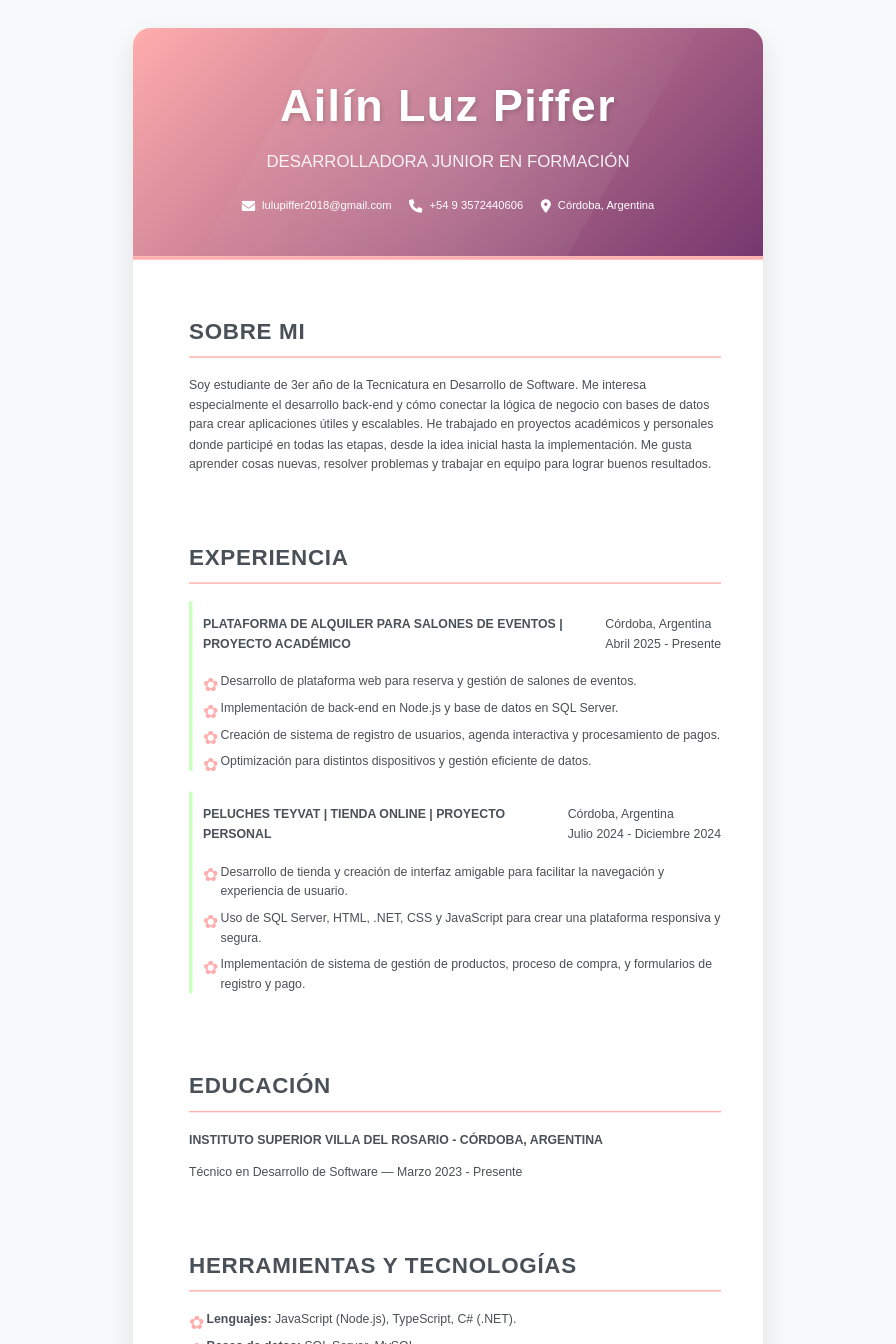
Repository: luzpiffer/curriculum-piffer
Page: index.html
The author's editor kept a copy of each file at every save. The page is drawn from the files as they stood at one save, then again after the next save.
The browser window is 1280 px wide. The pictures show the part of the page from y = 0 to 1920 px (the page is 2709 px tall), at 70% of full size.

Above is the page before, as saved 2025-09-01 19:16:36.

After the next save:
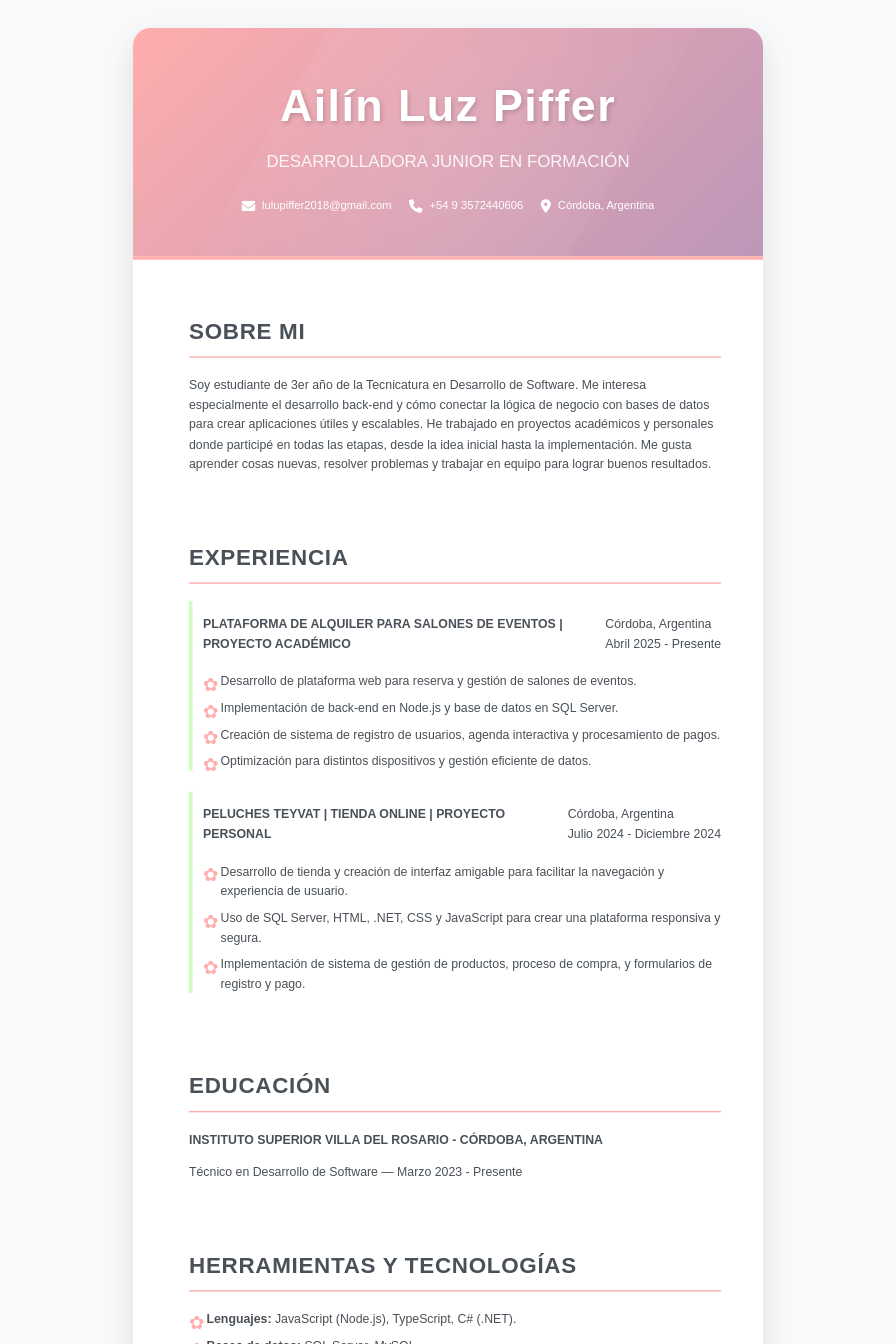
Saved 20 s later.
--- a/style.css
+++ b/style.css
@@ -1,6 +1,6 @@
 :root {
   --primary-color-cute: #ffadad; /* Rosado pastel */
-  --secondary-color-cute: #75376e;
+  --secondary-color-cute: #bd97b9;
   --tertiary-color-cute: #caffbf; /* Verde menta pastel */
   --background-color: #f8f9fa; /* Fondo muy claro */
   --text-color: #495057; /* Gris oscuro para el texto */
